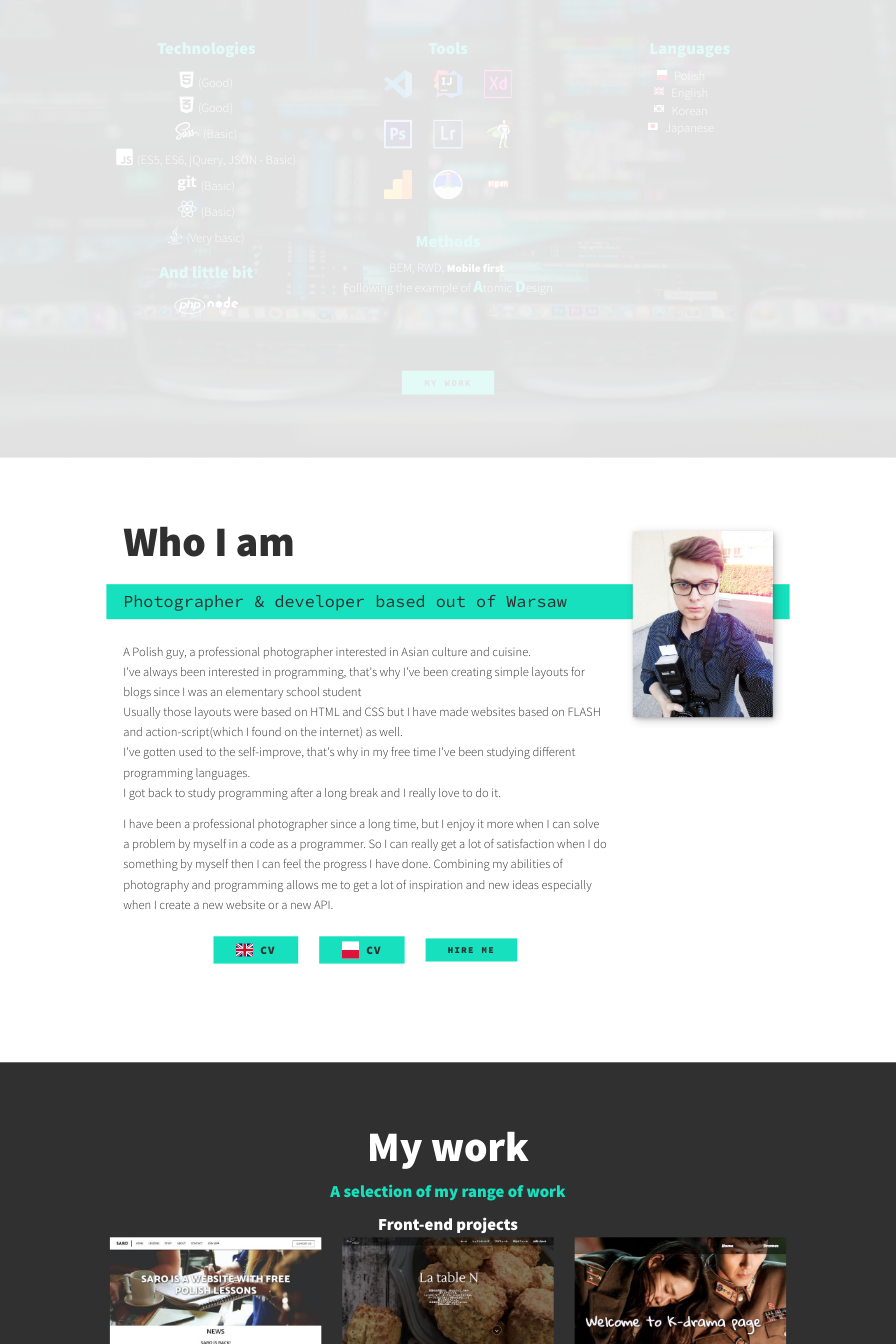
Repository: michalskirobert/michalskirobert.github.io
Page: index.html
The author's editor kept a copy of each file at every save. The page is drawn from the files as they stood at one save, then again after the next save.
The browser window is 1280 px wide. The pictures show the part of the page from y = 742 to 2662 px (the page is 4507 px tall before and 4553 px after), at 70% of full size.
Some web libraries are served in a nearby version.

Above is the page before, as saved 2020-11-12 22:26:09.
Console error: TypeError: Cannot read properties of null (reading 'addEventListener')

### index.html
<!DOCTYPE html>
<html lang="en">

<head>
    <meta charset="UTF-8">
    <meta name="viewport" content="width=device-width, initial-scale=1.0">
    <meta name="theme-color" content="#16e0bd" />
    <meta name="apple-mobile-web-app-status-bar-style" content="#16e0bd" />

    <title>Robert Michalski</title>
    <link rel="stylesheet" href="https://cdnjs.cloudflare.com/ajax/libs/normalize/7.0.0/normalize.min.css">
    <link rel="stylesheet" href="https://cdnjs.cloudflare.com/ajax/libs/font-awesome/5.11.2/css/all.css"
        integrity="sha256-46qynGAkLSFpVbEBog43gvNhfrOj+BmwXdxFgVK/Kvc=" crossorigin="anonymous" />

    <!-- Update these with your own fonts -->
    <link href="https://fonts.googleapis.com/css?family=Source+Code+Pro:400,900|Source+Sans+Pro:300,900&display=swap"
        rel="stylesheet">

    <link rel="stylesheet" href="css/style.css">

</head>

<body>
    <header>
        <div class="logo">
            <i class="fas fa-terminal"></i>
            <p class="name"></p>
        </div>
        <button class="nav-toggle" aria-label="toggle navigation">
            <span class="hamburger"></span>
        </button>
        <nav class="nav">
            <ul class="nav__list">
                <li class="nav__item"><a href="#home" class="nav__link">Home</a></li>
                <li class="nav__item"><a href="#skills" class="nav__link">My skills</a></li>
                <li class="nav__item"><a href="#about" class="nav__link">About me</a></li>
                <li class="nav__item"><a href="#work" class="nav__link">My Work</a></li>
                <li class="nav__item"><a href="#hire-me" class="nav__link">Hire me</a></li>
            </ul>
        </nav>
    </header>

    <!-- Introduction -->
    <section class="intro" id="home">
        <h1 class="section__title section__title--intro">
            Hi, I am <strong>Robert <br>
                Michalski</strong>
        </h1>
        <p class="section__subtitle section__subtitle--intro">front-end dev</p>
        <img src="img/dev-robert.jpg" alt="a picture of me with smile :)" class="intro__img">
        <div class="button__item">
            <a href="#about" class="btn">About me</a>
        </div>
    </section>


    <!-- My skills -->
    <section class="my-skills" id="skills">
        <h2 class="section__title section__title--skills">Skills</h2>
        <div class="skills">
            <div class="skill">
                <h3>Technologies</h3>
                <p><i class="fab fa-html5"></i>(Good)</p>
                <p><i class="fab fa-css3-alt"></i>(Good)</p>
                <p><i class="fab fa-sass"></i>(Basic)</p>
                <p><i class="fab fa-js-square"></i>(ES5, ES6, jQuery, JSON - Basic)</b>
                <p><i class="fab fa-git"></i>(Basic)</p>
                <p><i class="fab fa-react"></i>(Basic)</p>
                <p><i class="fab fa-java"></i>(Very basic)</p>
                <h3>And little bit</h3>
                <div class="skill__row">
                    <i class="fab fa-php"></i>
                    <i class="fab fa-node"></i>
                </div>
            </div>
            <!-- / skill -->
            <div class="skill">
                <h3>Tools</h3>
                <div class="image__item">
                    <img src="./img/visual-studio-code-1.svg" alt="Visual Studio Code" />
                    <img src="./img/intellij-idea-1.svg" alt="Inteliji IDEA" />
                    <img src="./img/adobe-xd.svg" alt="Adobe Xd" />
                    <img src="./img/adobe-photoshop-cs6.svg" alt="Adobe Photoshop" />
                    <img src="./img/lightroom-cc.svg" alt="Adobe Lightroom" />
                    <img src="./img/gsap-greensock.svg" alt="GSAP" />
                    <img src="./img/google-analytics-3.svg" alt="Google Analytics" />
                    <img src="./img/google-lighthouse.svg" alt="Google Lighthouse" />
                    <img src="./img/Npm-01.svg" alt="NPM">
                </div>
                <h3>Methods</h3>
                <p>BEM, RWD, <b>Mobile first</b>.</p>
                <p>Following the example of <span>A</span>tomic <span>D</span>esign</p>
            </div>
            <!-- / skill -->
            <div class="skill">
                <h3>Languages</h3>
                <p>Polish</p>
                <p>English</p>
                <p>Korean</p>
                <p>Japanese</p>
            </div>
            <!-- / skill -->
        </div>
        <!-- / skills -->

        <a href="#work" class="btn">My Work</a>
    </section>


    <!-- About me -->
    <section class="about-me" id="about">
        <h2 class="section__title section__title--about">Who I am</h2>
        <p class="section__subtitle section__subtitle--about">Photographer & developer based out of Warsaw</p>

        <div class="about-me__body">
            <p>A Polish guy, a professional photographer interested in Asian culture and cuisine. <br>
                I've always been interested in programming, that's why I've been creating simple layouts for blogs since
                I
                was an elementary school student <br>
                Usually those layouts were based on HTML and CSS but I have made websites based on FLASH and
                action-script(which I found on the internet) as well. <br>
                I've gotten used to the self-improve, that's why in my free time I've been studying different
                programming languages. <br>
                I got back to study programming after a long break and I really love to do it.
            </p>
            <p>I have been a professional photographer since a long time, but I enjoy it more when I can solve a
                problem by myself in a
                code
                as a programmer. So I can really get a lot of satisfaction when I do something by myself then I can
                feel the progress I have done. Combining my abilities of photography and programming allows me to get a
                lot of inspiration and new ideas especially when I create a new website or a new API. </p>
        </div>
        <img src="img/dev-robert02.jpg" alt="Photographer Robert Michalski" class="about-me__img">

        <div class="portfolio-item-individual">
            <a href="cv_en.pdf" class="btn" target="_blank"><b><img src="./img/gb.svg" width="25px" height="25px"
                        style="float: left; margin-right: 10px;">CV</b></a>
            <a href="cv.pdf" class="btn" target="_blank"><b><img src="./img/pl.svg" width="25px" height="25px"
                        style="float: left; margin-right: 10px;">CV</b></a>
            <a href="#hire-me" class="btn">Hire me</a>
        </div>
    </section>

    <!-- My Work -->
    <section class="my-work" id="work">
        <h2 class="section__title section__title--work">My work</h2>
        <p class="section__subtitle section__subtitle--work">A selection of my range of work</p>
        <h3 class="section__title section__title--work">Front-end projects</h3>
        <div class="portfolio">
            <!-- Portfolio item 01 -->
            <div class="portfolio__item">
                <img src="img/portfolio-01.jpg" alt="Saro.website - Website for people studying Polish"
                    class="portfolio__img">
                <div class="describe__item">
                    <div class="describe">
                        <h3>SARO.website</h3>
                        <p>Website was made for people studying Polish</p>
                        <b>Used technologies:</b>
                        <div class="check__item">
                            <i class="fab fa-html5"></i>
                            <i class="fab fa-sass"></i>
                            <i class="fab fa-js-square"></i>
                            <i class="fab fa-php"></i>
                        </div>
                        <div class="check__item">
                            <i class="fab fa-github"></i>
                            <a href="https://github.com/michalskirobert/SARO-2.0.2" target="_blank"><b>Source
                                    code</b></a>
                        </div>
                        <div class="check__item">
                            <i class="fas fa-server"></i>
                            <a href="https://saro.website" target="_blank"><b>Live</b></a>
                        </div>
                    </div>
                </div>
            </div>

            <!-- Portfolio item 02 -->
            <div class="portfolio__item">
                <img src="img/portfolio-02.jpg" alt="La Table N - best finger foods in Japan" class="portfolio__img">
                <div class="describe__item">
                    <div class="describe">
                        <h3>La Table N</h3>
                        <p>Website made for Japanese teacher of finger foods</p>
                        <b>Used technologies:</b>
                        <div class="check__item">
                            <i class="fab fa-html5"></i>
                            <i class="fab fa-sass"></i>
                            <i class="fab fa-js-square"></i>
                            <i class="fab fa-php"></i>
                        </div>
                        <div class="check__item">
                            <i class="fab fa-github"></i>
                            <a href="https://github.com/michalskirobert/La-Table-N" target="_blank"><b>Source
                                    code</b></a>
                        </div>
                        <div class="check__item">
                            <i class="fas fa-server"></i>
                            <a href="http://latablen.saro.website" target="_blank"><b>Live</b></a>
                        </div>
                    </div>
                </div>
            </div>

            <!-- Portfolio item 03 -->
            <div class="portfolio__item">
                <img src="img/portfolio-03.jpg" alt="Korean drama" class="portfolio__img">
                <div class="describe__item">
                    <div class="discribe">
                        <h3>Korean Drama-web</h3>
                        <p>Website about Korean dramas</p>
                        <b>Used technologies:</b>
                        <div class="check__item">
                            <i class="fab fa-html5"></i>
                            <i class="fab fa-css3-alt"></i>
                            <i class="fab fa-js-square"></i>
                        </div>
                    </div>
                    <div class="check__item">
                        <a href="https://github.com/michalskirobert/K-drama-website"><i class="fab fa-github"></i>
                            <b>Source code</b></a>
                    </div>
                    <div class="check__item">
                        <a href="https://michalskirobert.github.io/portfolio/website/01/index.html"><i
                                class="fas fa-server"></i>
                            <b>Live</b></a>
                    </div>
                </div>
            </div>
        </div>
        <h3 class="section__title section__title--work">API porftolio</h3>
        <div class="portfolio">
            <div class="portfolio__item">
                <img src="img/portfolio__api-01.jpg" alt="Report API by Robert Michalski" class="portfolio__img">
                <div class="describe__item">
                    <div class="describe">
                        <h3>Report.JS</h3>
                        <p>Api to get infromations about bugs</p>
                        <b>Used technologies:</b>
                        <div class="check__item">
                            <i class="fab fa-html5"></i>
                            <i class="fab fa-sass"></i>
                            <i class="fab fa-js-square"></i>
                            <i class="fab fa-php"></i>
                        </div>
                        <div class="check__item">
                            <a href="https://github.com/michalskirobert/report-JS" target="_blank"><i
                                    class="fab fa-github"></i>
                                <b>Source code</b></a>
                        </div>
                        <div class="check__item">
                            <a href="https://michalskirobert.github.io/portfolio/api/01/index.html" target="_blank"><i
                                    class="fas fa-server"></i>
                                <b>Live</b></a>
                        </div>
                    </div>
                </div>
            </div>

            <div class="portfolio__item">
                <img src="img/portfolio__api-02.jpg" alt="Polish Name checker by Robert Michalski"
                    class="portfolio__img">
                <div class="describe__item">
                    <div class="describe">
                        <h3>Polish name Checker API</h3>
                        <p>I've created this API for people who are confused with Polish names</p>
                        <b>Used technologies:</b>
                        <div class="check__item">
                            <i class="fab fa-html5"></i>
                            <i class="fab fa-css3-alt"></i>
                            <i class="fab fa-js-square"></i>
                        </div>
                        <div class="check__item">
                            <a href="https://github.com/michalskirobert/Polish-name-checker-1.0.0" target="_blank"><i
                                    class="fab fa-github"></i>
                                <b>Source code</b></a>
                        </div>
                        <div class="check__item">
                            <a href="https://michalskirobert.github.io/portfolio/api/02/index.html" target="_blank"><i
                                    class="fas fa-server"></i>
                                <b>Live</b></a>
                        </div>
                    </div>
                </div>
            </div>
        </div>
    </section>

    <!-- Hire me -->
    <section class="hire-me" id="hire-me">
        <h2 class="section__title section__title--hireMe">Hire me</h2>
        <p class="section__subtitle section__subtitle--hireMe">Contact infomation</p>

        <div class="hire-me__body">
            <p>I would love to work remotely or work in the office based in Warsaw <br>
                My dream is having a work that I can improve and expand my programming abilities and myself in
                front-end.
            </p>
            <p>I would love to learn more about Node.JS, React.JS and even PHP - for me if I can understand more
                back-end then I can be a really good as a front-end developer
            </p>
            <form action="https://formspree.io/f/moqpdypa" method="POST">
                <h3>Contact</h3>
                <input placeholder="Name or company name" type="text" id="name" name="name" value="" required>
                <input placeholder="Email" type="email" id="email" name="email"
                    onblur="this.setAttribute('value', this.value);" value="" required>
                <textarea placeholder="Message" rows="1" id="msg" name="message" required></textarea>
                <button type="submit">Send</button>
            </form>
        </div>
        <img src="img/contact.jpg" alt="Warsaw" class="about-me__img">
    </section>

    <!-- Footer -->
    <footer class="footer">
        <a href="mailto:robertxmichalskio@gmail.com" class="footer__link">robertxmichalskio@gmail.com</a>
        <ul class="social-list">
            <!-- <li class="social-list__item">
                <a class="social-list__link" href="https://codepen.io">
                    <i class="fab fa-codepen"></i>
                </a>
            </li> -->
            <li class="social-list__item">
                <a class="social-list__link" href="https://www.linkedin.com/in/robert-michalski-3792641b3/"
                    target="_blank">
                    <i class="fab fa-linkedin"></i>
                </a>
            </li>
            <li class="social-list__item">
                <a class="social-list__link" href="https://www.facebook.com/oresamashikou/" target="_blank">
                    <i class="fab fa-facebook-square"></i>
                </a>
            </li>
            <li class="social-list__item">
                <a class="social-list__link" href="https://github.com/michalskirobert" target="_blank">
                    <i class="fab fa-github"></i>
                </a>
            </li>
        </ul>
    </footer>
    <div class="intro-slider">
        <div class="intro-text">
            <h2 class="hide">
                <span class="text">ロバート</span>
            </h2>
            <h2 class="hide">
                <span class="text">フロントエンド開発者</span>
            </h2>
            <h2 class="hide">
                <span class="text">ようこそ</span>
            </h2>
        </div>
    </div>
    <div class="slider"></div>
    <script src="https://ajax.googleapis.com/ajax/libs/jquery/3.5.1/jquery.min.js"></script>
    <script src="https://cdnjs.cloudflare.com/ajax/libs/gsap/3.5.1/gsap.min.js"
        integrity="sha512-IQLehpLoVS4fNzl7IfH8Iowfm5+RiMGtHykgZJl9AWMgqx0AmJ6cRWcB+GaGVtIsnC4voMfm8f2vwtY+6oPjpQ=="
        crossorigin="anonymous"></script>
    <script src="https://cdnjs.cloudflare.com/ajax/libs/gsap/3.4.2/ScrollTrigger.min.js"></script>
    <script src="https://formspree.io/js/formbutton-v1.min.js" defer></script>
    <script>
        window.formbutton = window.formbutton || function () { (formbutton.q = formbutton.q || []).push(arguments) };
        formbutton("create", { action: "https://formspree.io/f/moqpdypa" })
    </script>
    <script src="js/index.js"></script>
    <script src="js/animations.js"></script>
    <script src="js/mail.js"></script>
</body>

</html>

### css/reset.css
html, body, div, span, applet, object, iframe,
h1, h2, h3, h4, h5, h6, p, blockquote, pre,
a, abbr, acronym, address, big, cite, code,
del, dfn, em, img, ins, kbd, q, s, samp,
small, strike, strong, sub, sup, tt, var,
b, u, i, center,
dl, dt, dd, ol, ul, li,
fieldset, form, label, legend,
table, caption, tbody, tfoot, thead, tr, th, td,
article, aside, canvas, details, embed,
figure, figcaption, footer, header, hgroup,
menu, nav, output, ruby, section, summary,
time, mark, audio, video {
	margin: 0;
	padding: 0;
	border: 0;
	outline: 0;
	font-size: 100%;
	font: inherit;
	vertical-align: baseline;
	background: transparent;
}
/* HTML5 display-role reset for older browsers */
article, aside, details, figcaption, figure,
footer, header, hgroup, menu, nav, section {
	display: block;
}
body {
	line-height: 1;
}
ol, ul {
	list-style: none;
}
blockquote, q {
	quotes: none;
}
blockquote:before, blockquote:after,
q:before, q:after {
	content: '';
	content: none;
}
table {
	border-collapse: collapse;
	border-spacing: 0;
}

Loaded but not shown: img/github.svg (43 lines, source omitted); js/animations.js (63 lines, source omitted); js/mail.js (45 lines, source omitted); js/index.js (15 lines, source omitted); css/style.css (1032 lines, source omitted)

After the next save:
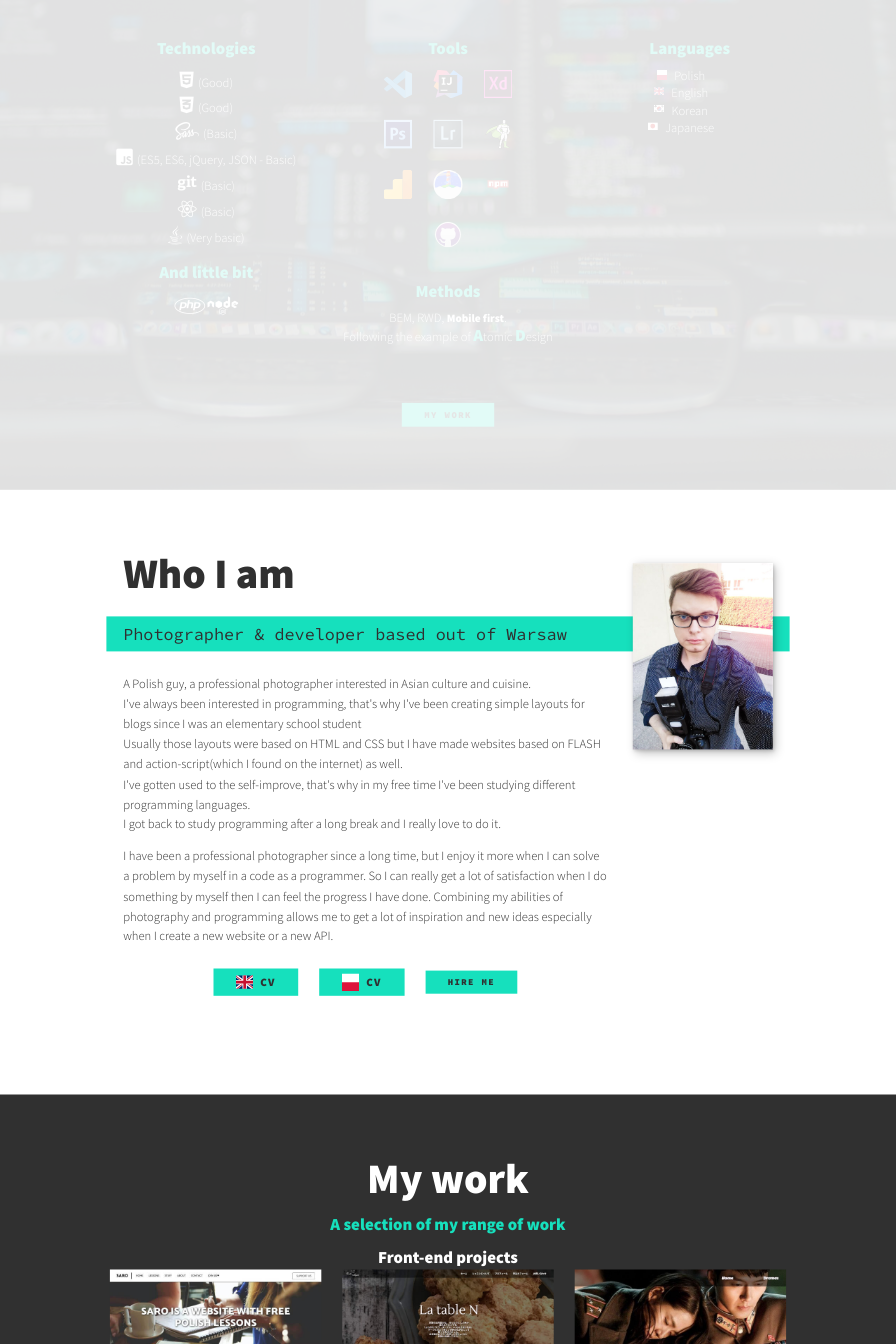
Saved 57 s later.
--- a/index.html
+++ b/index.html
@@ -85,7 +85,8 @@
                     <img src="./img/gsap-greensock.svg" alt="GSAP" />
                     <img src="./img/google-analytics-3.svg" alt="Google Analytics" />
                     <img src="./img/google-lighthouse.svg" alt="Google Lighthouse" />
-                    <img src="./img/Npm-01.svg" alt="NPM">
+                    <img src="./img/Npm-01.svg" alt="NPM" />
+                    <img src="./img/github.svg" alt="GitHub" />
                 </div>
                 <h3>Methods</h3>
                 <p>BEM, RWD, <b>Mobile first</b>.</p>
